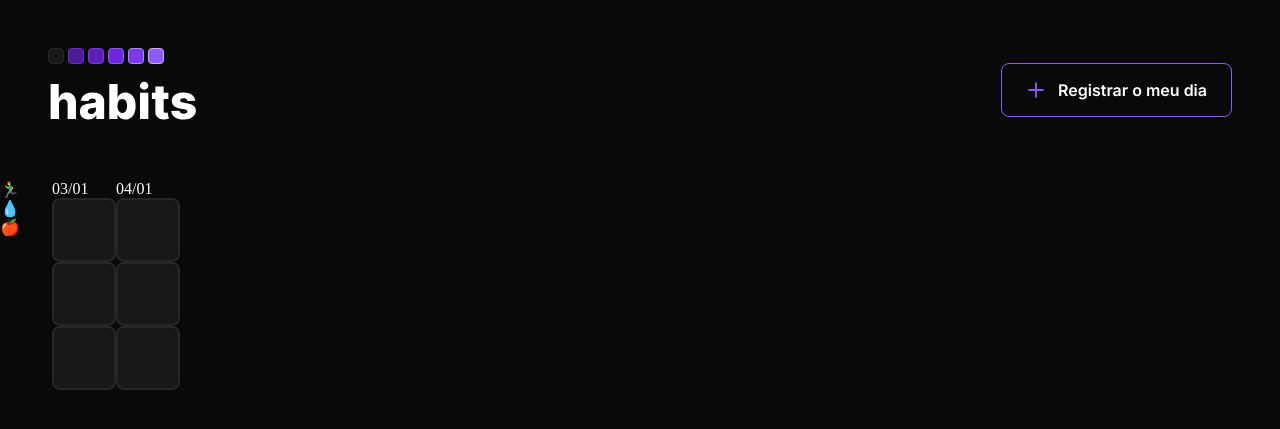
Repository: AntonyCosta/nlw-setup
Page: index.html
These files come from the project's save history. The page is drawn as it stood at one moment and after the next save; the edit follows.
The browser window is 1280 px wide. The pictures show the whole page.

Above is the page before, as saved 2023-01-18 03:52:16.

After the next save:
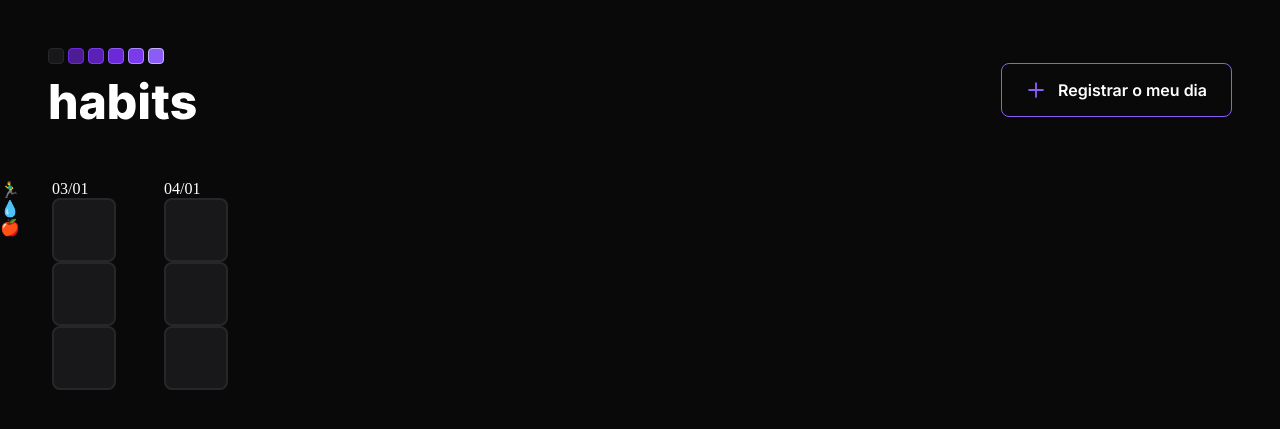
Saved 11 s later.
--- a/style.css
+++ b/style.css
@@ -45,6 +45,7 @@ form {
 
 .days {
   display: flex;
+  gap: 48px;
   margin-left: 32px;
 }
 
